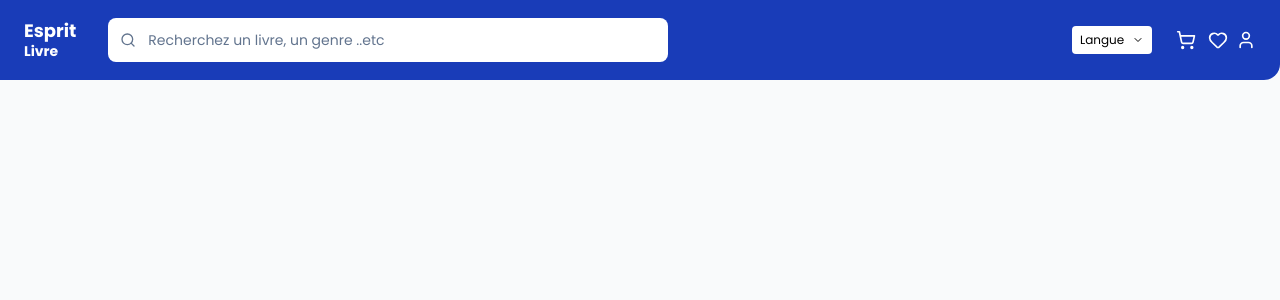
Repository: oussamabenberkane/esprit-livre-front
Page: /
An editor plug-in stored every save of this project. The page is shown before and after the next save, followed by the edit.
The browser window is 1280 px wide. The pictures show the whole page.
The project was rebuilt for these pictures with package versions that can differ from the ones it lists, and the page was loaded fresh each time. Also part of the build but not shown: vite.config.js.

Above is the page before, as saved 2025-09-25 18:51:51.

### index.html
<!doctype html>
<html lang="en">
  <head>
    <meta charset="UTF-8" />
    <link rel="icon" type="image/svg+xml" href="/vite.svg" />
    <meta name="viewport" content="width=device-width, initial-scale=1.0" />
    <title>espritlivrefront</title>
  </head>
  <body>
    <div id="root"></div>
    <script type="module" src="/src/main.jsx"></script>
  </body>
</html>

### src/index.css
@import url('https://fonts.googleapis.com/css2?family=Poppins:wght@300;400;500;600;700&display=swap');
@import "tailwindcss";

:root {
  font-family: 'Poppins', system-ui, Avenir, Helvetica, Arial, sans-serif;
  line-height: 1.5;
  font-weight: 400;

  color-scheme: light dark;
  color: rgba(255, 255, 255, 0.87);
  background-color: #242424;

  font-synthesis: none;
  text-rendering: optimizeLegibility;
  -webkit-font-smoothing: antialiased;
  -moz-osx-font-smoothing: grayscale;
}

a {
  font-weight: 500;
  color: #646cff;
  text-decoration: inherit;
}

a:hover {
  color: #535bf2;
}

body {
  margin: 0;
  display: flex;
  place-items: center;
  min-width: 320px;
  min-height: 100vh;
}

h1 {
  font-size: 3.2em;
  line-height: 1.1;
}

button {
  border-radius: 8px;
  border: 1px solid transparent;
  padding: 0.6em 1.2em;
  font-size: 1em;
  font-weight: 500;
  font-family: inherit;
  background-color: #1a1a1a;
  cursor: pointer;
  transition: border-color 0.25s;
}

button:hover {
  border-color: #646cff;
}

button:focus,
button:focus-visible {
  outline: 4px auto -webkit-focus-ring-color;
}

@media (prefers-color-scheme: light) {
  :root {
    color: #213547;
    background-color: #ffffff;
  }

  a:hover {
    color: #747bff;
  }

  button {
    background-color: #f9f9f9;
  }
}

### src/App.jsx
import Navbar from './components/common/navbar';

function App() {
  return (
    <div className="min-h-screen min-w-screen bg-gray-50">
      <Navbar />
      {/* Reste de votre contenu */}
    </div>
  );
}

export default App;

### src/components/common/navbar.jsx
import { Search, ChevronDown, ShoppingCart, Heart, User } from 'lucide-react';

// Logo Component
const Logo = () => (
    <div className="flex flex-col text-white">
        <div className="text-lg font-bold leading-tight">Esprit</div>
        <div className="text-sm font-bold leading-tight">Livre</div>
    </div>
);

// Search Bar Component
const SearchBar = ({ placeholder = "Recherchez un livre, un genre ..etc", onSearch }) => (
    <div className="relative bg-white rounded-lg h-11 w-140 flex items-center">
        <div className="absolute left-3 w-4 h-4 text-slate-500">
            <Search className="w-full h-full" />
        </div>
        <input
            type="text"
            placeholder={placeholder}
            onChange={onSearch}
            className="w-full h-full pl-10 pr-4 text-sm text-slate-500 bg-transparent border-none outline-none placeholder:text-slate-500"
        />
    </div>
);

// Language Selector Component
const LanguageSelector = ({ onLanguageChange }) => (
    <div
        className="relative bg-white rounded h-7 w-20 flex items-center cursor-pointer hover:bg-gray-50 transition-colors"
        onClick={onLanguageChange}
    >
        <span className="text-xs text-black ml-2">Langue</span>
        <div className="absolute right-2 w-3 h-3 text-black">
            <ChevronDown className="w-full h-full" />
        </div>
    </div>
);

// User Actions Component
const UserActions = ({ cartCount = 0, onCartClick, onFavoritesClick, onUserClick }) => (
    <div className="flex items-center gap-1">
        {/* Cart with notification */}
        <div className="relative cursor-pointer hover:opacity-80 transition-opacity" onClick={onCartClick}>
            <div className="w-5 h-5 text-white">
                <ShoppingCart className="w-full h-full" />
            </div>
            {cartCount > 0 && (
                <div className="absolute -top-1 -right-1 w-3 h-3 bg-red-500 rounded-full flex items-center justify-center">
                    <span className="text-xs text-white font-black leading-none">{cartCount}</span>
                </div>
            )}
        </div>

        {/* Favorites */}
        <div
            className="w-5 h-5 ml-2 text-white cursor-pointer hover:opacity-80 transition-opacity"
            onClick={onFavoritesClick}
        >
            <Heart className="w-full h-full" />
        </div>

        {/* User Account */}
        <div
            className="w-5 h-5 ml-1 text-white cursor-pointer hover:opacity-80 transition-opacity"
            onClick={onUserClick}
        >
            <User className="w-full h-full" />
        </div>
    </div>
);

// Main Navbar Component
const Navbar = ({
    searchPlaceholder,
    cartCount,
    onSearch,
    onLanguageChange,
    onCartClick,
    onFavoritesClick,
    onUserClick
}) => (
    <div className="w-full bg-blue-800 rounded-br-2xl px-6 py-3 h-20">
        <div className="flex items-center w-full h-full">
            {/* Logo */}
            <div className="flex-shrink-0">
                <Logo />
            </div>

            {/* Search Bar */}
            <div className="flex-shrink-0 ml-8">
                <SearchBar placeholder={searchPlaceholder} onSearch={onSearch} />
            </div>

            {/* Spacer */}
            <div className="flex-1"></div>

            {/* Language Selector */}
            <div className="flex-shrink-0 mr-6">
                <LanguageSelector onLanguageChange={onLanguageChange} />
            </div>

            {/* User Actions */}
            <div className="flex-shrink-0">
                <UserActions
                    cartCount={cartCount}
                    onCartClick={onCartClick}
                    onFavoritesClick={onFavoritesClick}
                    onUserClick={onUserClick}
                />
            </div>
        </div>
    </div>
);

// Demo usage
export default function App() {
    const handleSearch = (e) => {
        console.log('Search:', e.target.value);
    };

    const handleLanguageChange = () => {
        console.log('Language selector clicked');
    };

    const handleCartClick = () => {
        console.log('Cart clicked');
    };

    const handleFavoritesClick = () => {
        console.log('Favorites clicked');
    };

    const handleUserClick = () => {
        console.log('User account clicked');
    };

    return (
        <Navbar
            cartCount={0}
            onSearch={handleSearch}
            onLanguageChange={handleLanguageChange}
            onCartClick={handleCartClick}
            onFavoritesClick={handleFavoritesClick}
            onUserClick={handleUserClick}
        />
    );
}

Loaded but not shown: src/main.jsx (common file)

After the next save:
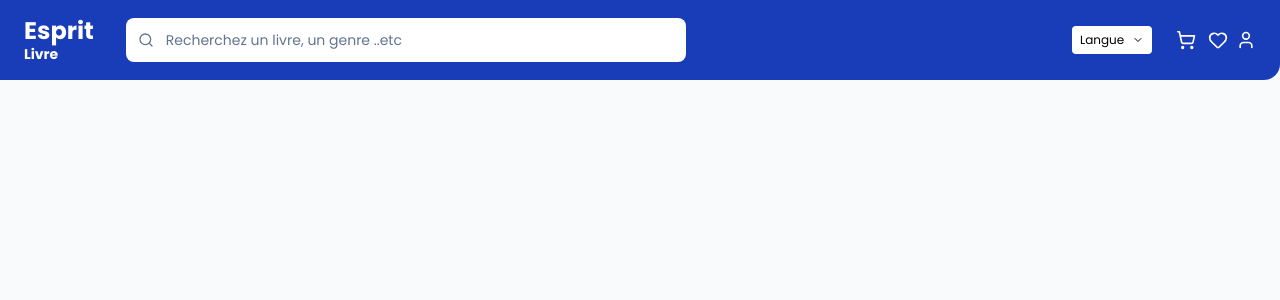
Saved 5 s later.
--- a/src/components/common/navbar.jsx
+++ b/src/components/common/navbar.jsx
@@ -3,7 +3,7 @@ import { Search, ChevronDown, ShoppingCart, Heart, User } from 'lucide-react';
 // Logo Component
 const Logo = () => (
     <div className="flex flex-col text-white">
-        <div className="text-lg font-bold leading-tight">Esprit</div>
+        <div className="text-2xl font-bold leading-tight">Esprit</div>
         <div className="text-sm font-bold leading-tight">Livre</div>
     </div>
 );
